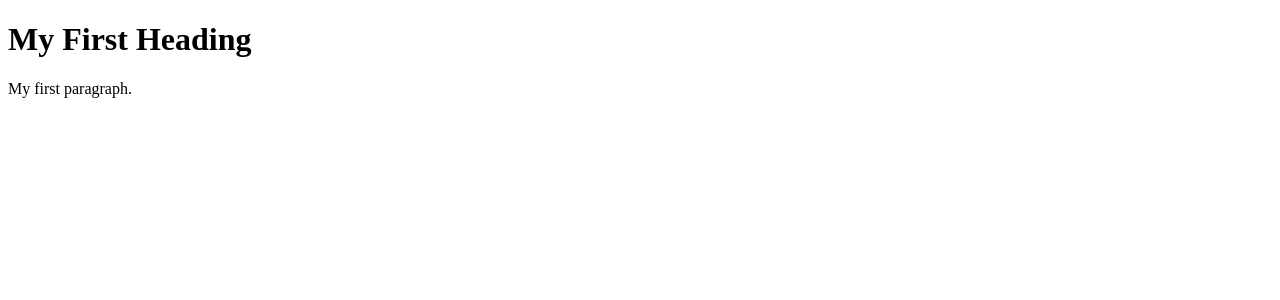
Repository: brody-toth/brody-toth.github.io
Page: index.html
The author's editor kept a record of every edit. The page is drawn from the files as they stood at one moment, then again after the next edit.
The browser window is 1280 px wide. The pictures show the whole page.

Above is the page before.

After the next edit:
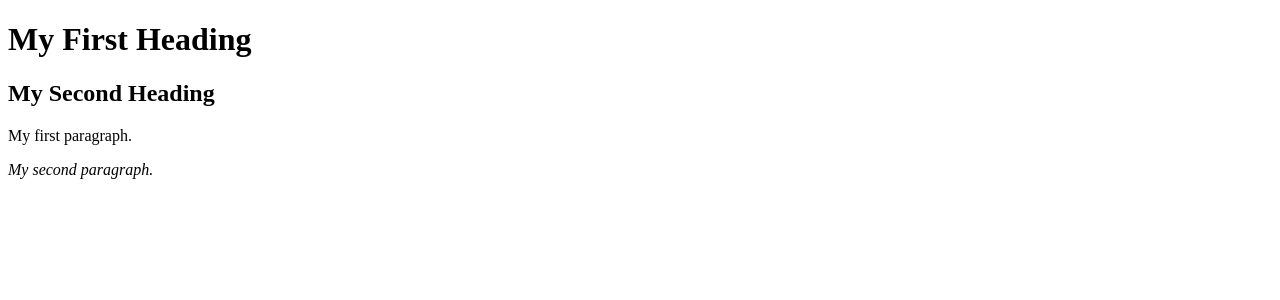
The edit:
--- a/index.html
+++ b/index.html
@@ -8,6 +8,9 @@
 
     <body>
         <h1>My First Heading</h1>
-        <p>My first paragraph.</p>
+        <h2>My Second Heading</h2>
+        <p>My first paragraph.
+        </p><i>My second paragraph.</i></p>
     </body>
+
 </html>
